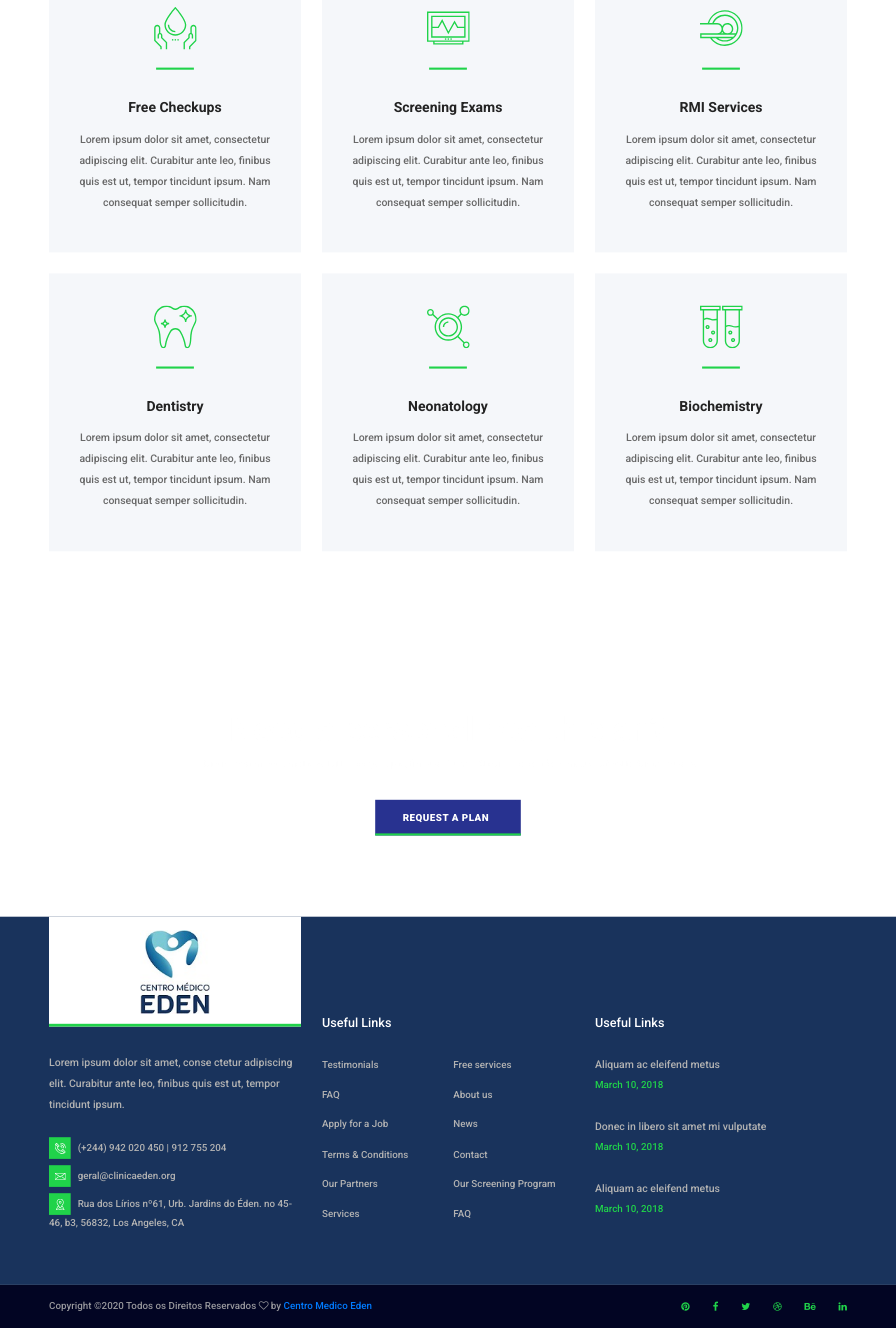
Repository: Nanitamo/centro-medico-eden-webpage
Page: index.html
These files come from the project's save history. The page is drawn as it stood at one moment and after a run of saves; the edit follows.
The browser window is 1280 px wide. The pictures show the part of the page from y = 2641 to 4561 px (the page is 4539 px tall before and 4561 px after), at 70% of full size.

Above is the page before, as saved 2020-06-18 15:42:42.

After the next 7 saves:
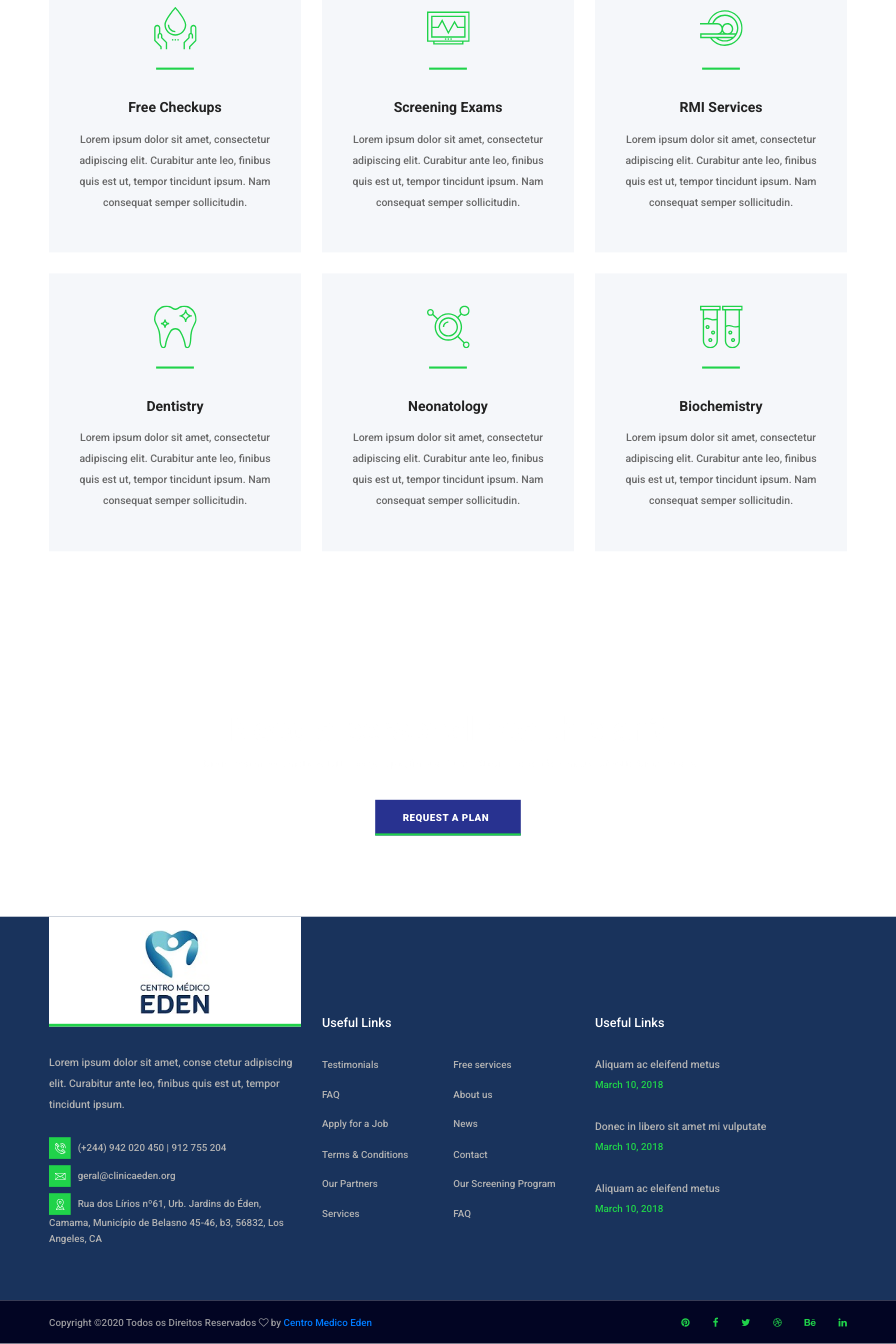
The 7 saves are shown as one change because they came seconds apart.
The last was saved 29 s later.
--- a/index.html
+++ b/index.html
@@ -469,7 +469,7 @@
 							<ul class="footer_about_list">
 								<li><div class="footer_about_icon"><img src="images/phone-call.svg" alt=""></div><span>(+244) 942 020 450 | 912 755 204</span></li>
 								<li><div class="footer_about_icon"><img src="images/envelope.svg" alt=""></div><span>geral@clinicaeden.org</span></li>
-								<li><div class="footer_about_icon"><img src="images/placeholder.svg" alt=""></div><span>Rua dos Lírios nº61, Urb. Jardins do Éden. no 45-46, b3, 56832, Los Angeles, CA</span></li>
+								<li><div class="footer_about_icon"><img src="images/placeholder.svg" alt=""></div><span>Rua dos Lírios nº61, Urb. Jardins do Éden, Camama, Município de Belasno 45-46, b3, 56832, Los Angeles, CA</span></li>
 							</ul>
 						</div>
 					</div>
